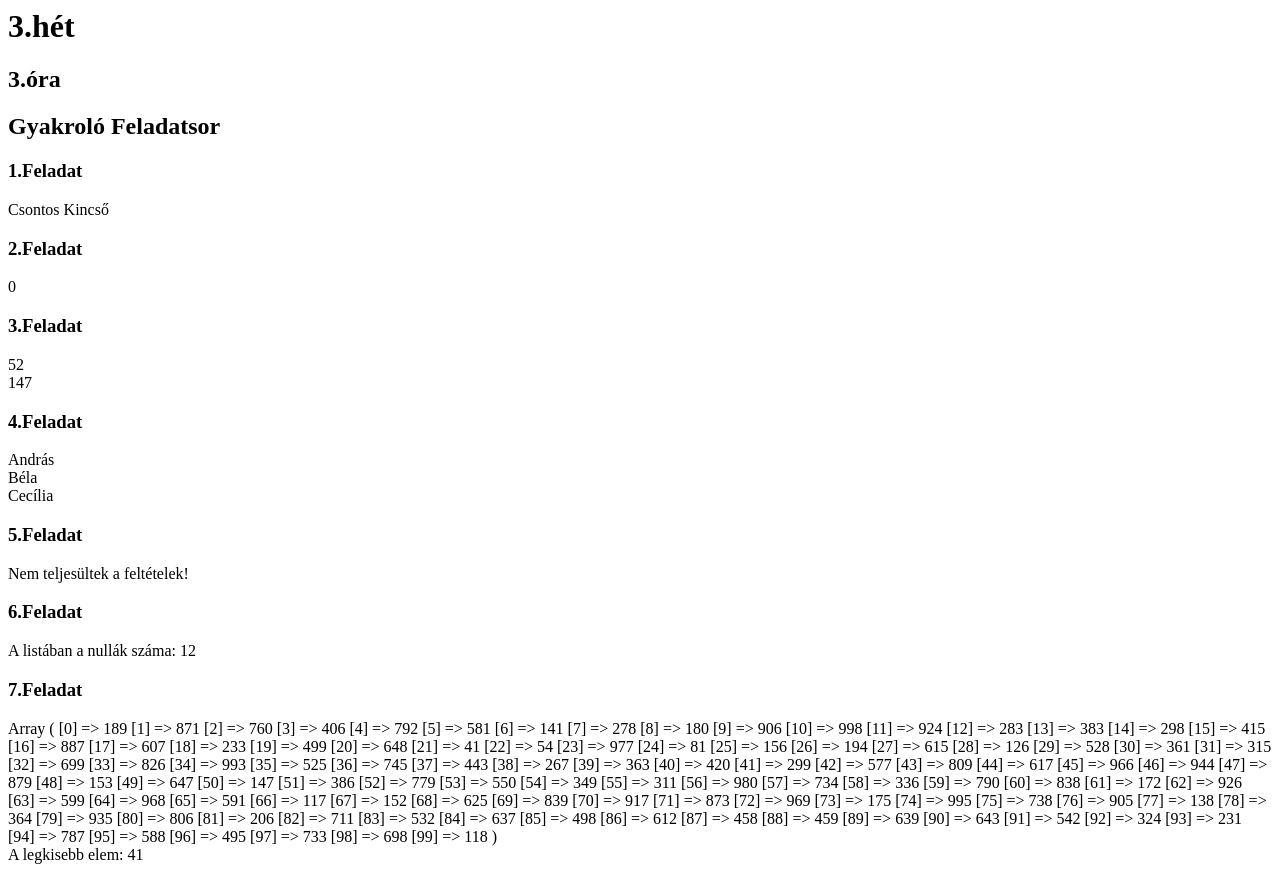
Repository: doomhyena/htdocs
Page: http://localhost/03.Week/feladat.php
An editor plug-in stored every save of this project. The page is shown before and after the next save, followed by the edit.
The browser window is 1280 px wide. The pictures show the whole page.
The page is run by PHP 8.4 with error messages shown; the project is at /var/www/html/.

Above is the page before, as saved 2024-09-20 13:26:12.

After the next save:
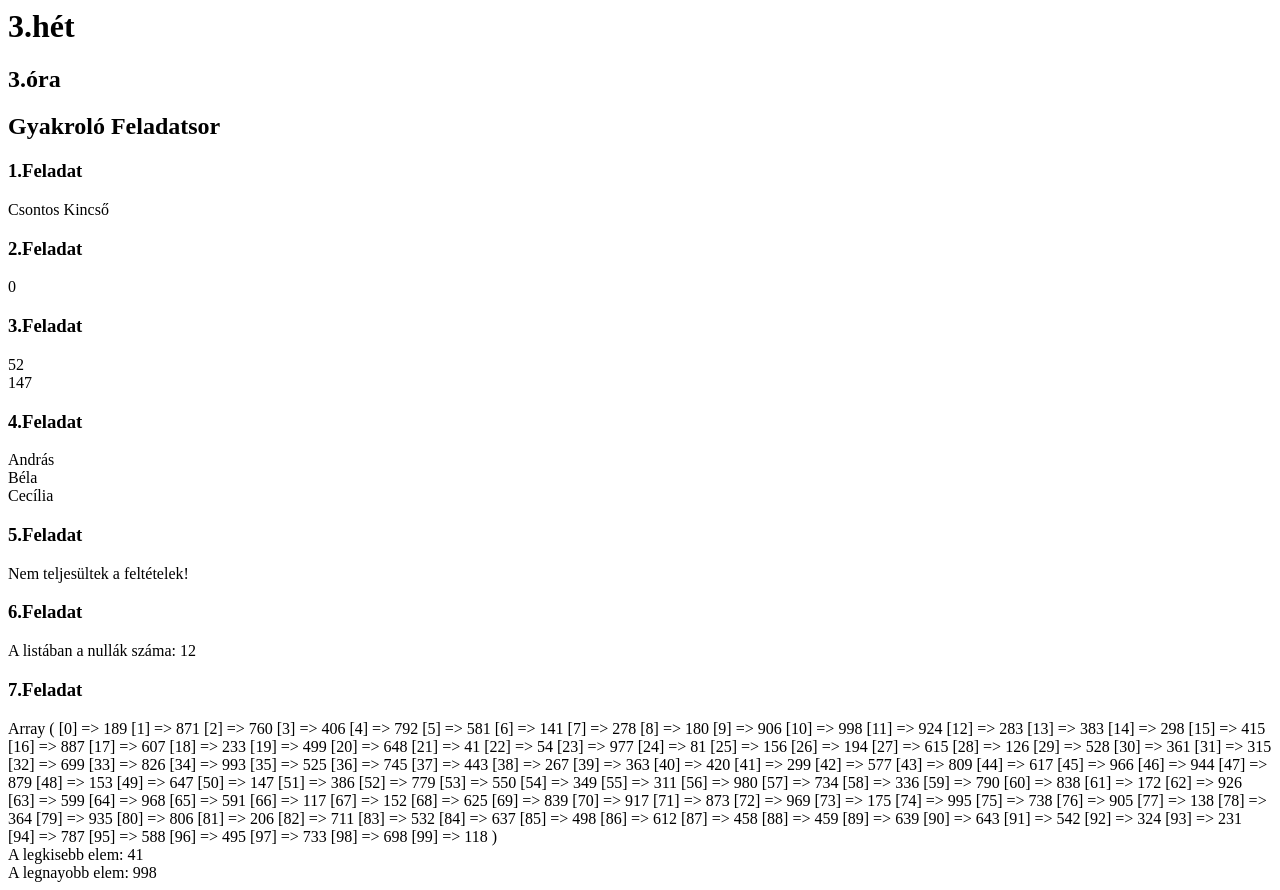
Saved 11 s later.
--- a/03.Week/feladat.php
+++ b/03.Week/feladat.php
@@ -99,4 +99,4 @@ print_r($kecske);
 echo "<br>";
 echo "A legkisebb elem: $legkisebb";
 echo "<br>";
-echo "";
+echo "A legnayobb elem: $legnagyobb";
